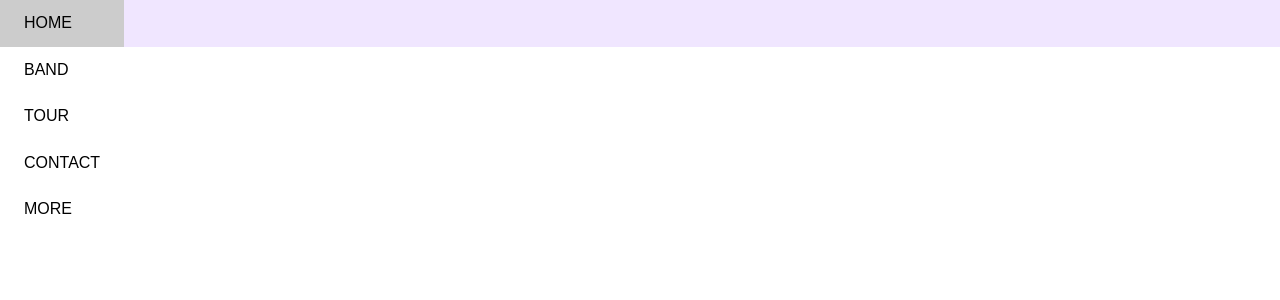
Repository: Ducspdn/WeTheBandF8
Page: w3_band/index.html
The author's editor kept a copy of each file at every save. The page is drawn from the files as they stood at one save, then again after the next save.
The browser window is 1280 px wide. The pictures show the whole page.
Some icons come from a web library that is not loaded, so they are not drawn.

Above is the page before, as saved 2023-01-17 16:05:10.

After the next save:
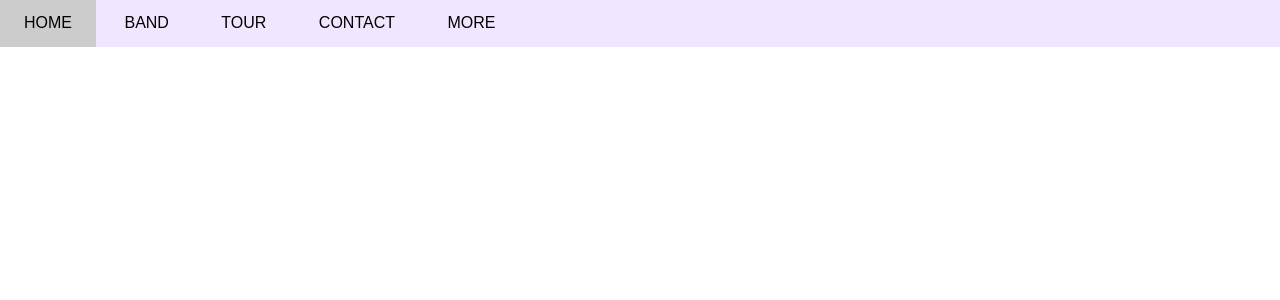
Saved 11 s later.
--- a/w3_band/assets/css/style.css
+++ b/w3_band/assets/css/style.css
@@ -38,7 +38,7 @@ html{
     display : inline-block ;
 }
 #nav li{
-    display : inline ;
+    display : inline-block ;
     /* có tính kế thừa nên nó sẽ ăn theo đến hết backgorund */
     /* vì inline nên khong set được thuộc tính */
     position : relative ;
